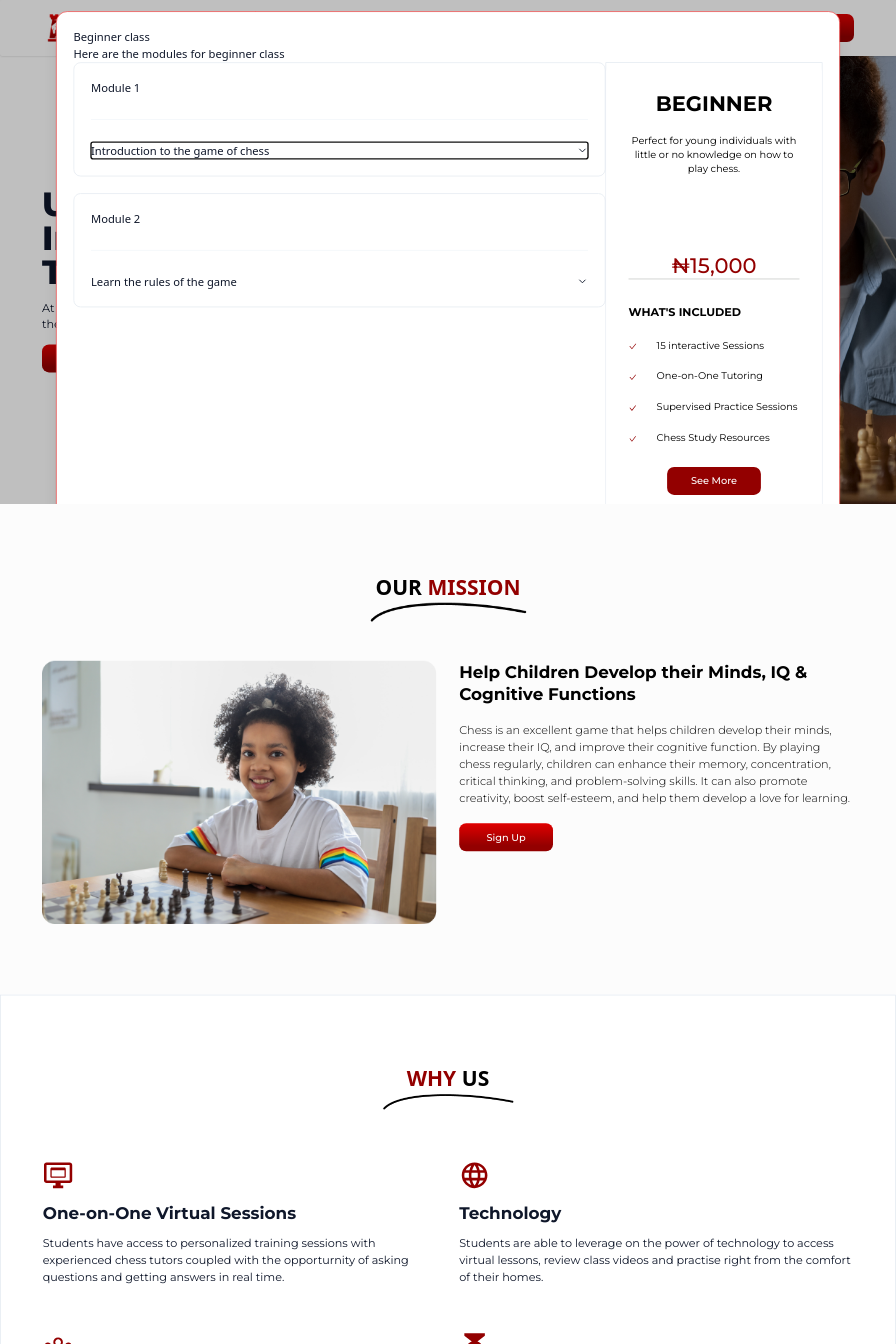
Repository: CelestinaUwajeh/chess-champ-fe
Page: /, after clicking the first element matching `button.w-\[134px\]`
These files come from the project's save history. The page is drawn as it stood at one moment and after the next save; the edit follows.
The browser window is 1280 px wide. The pictures show the part of the page from y = 0 to 1920 px (the page is 4303 px tall), at 70% of full size.
An inner scrolling area shows only its first screen. The project was rebuilt for these pictures with package versions that can differ from the ones it lists, and the page was loaded fresh each time. The framework's server and built-in components were replaced by stand-ins that run in the browser. Also part of the build but not shown: next.config.js, app/(dashboard)/parent/child/[id]/progress/highlight.tsx, app/(dashboard)/parent/child/[id]/progress/attendance.tsx, components/ui/progress.tsx, app/(dashboard)/parent/child/[id]/progress/percentage.tsx, app/(dashboard)/parent/child/[id]/progress/points.tsx, app/(dashboard)/parent/child/[id]/progress/page.tsx.

Above is the page before, as saved 2023-08-09 22:20:35.

After the next save:
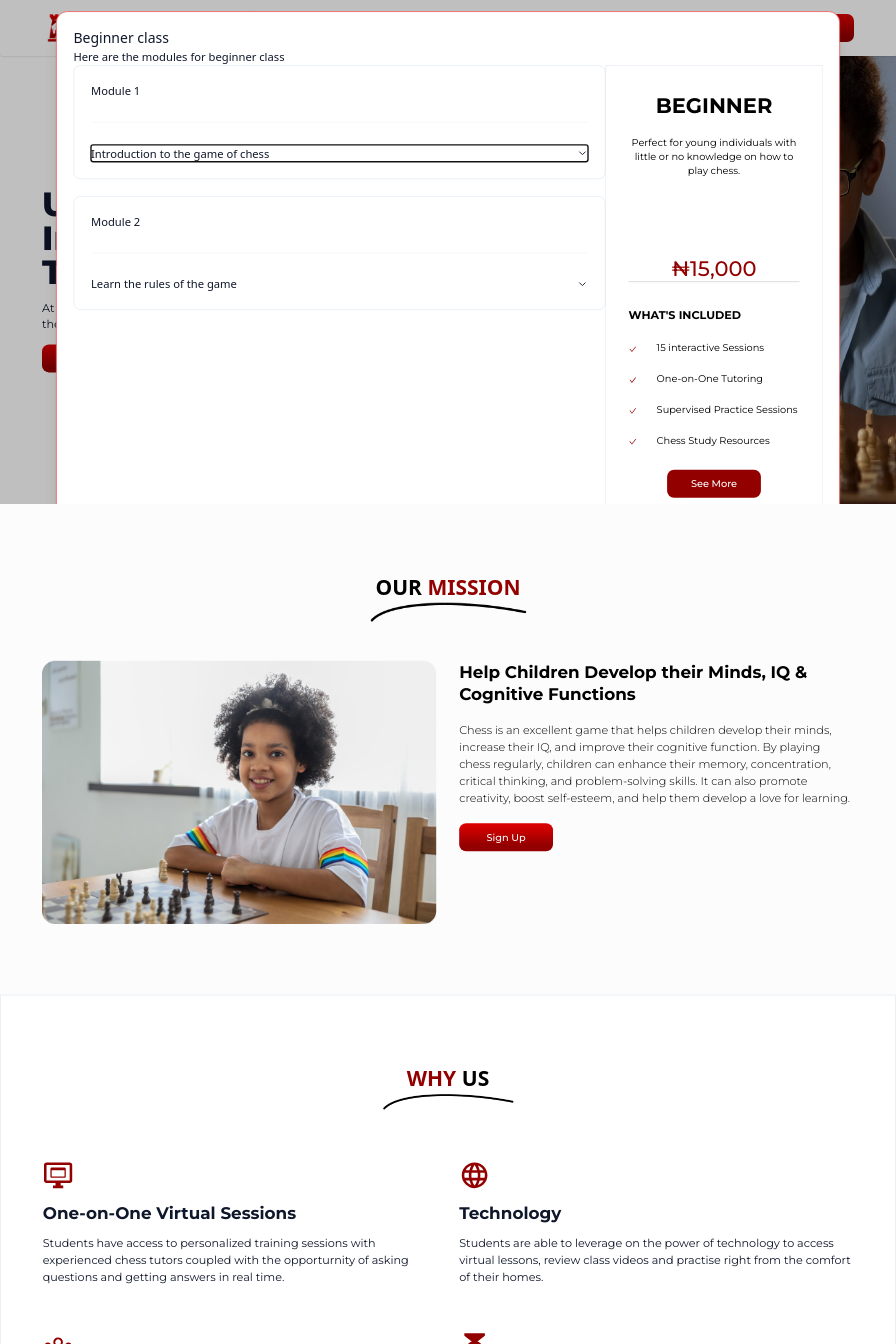
Saved 87 s later.
--- a/components/pricing-card/modal-content.tsx
+++ b/components/pricing-card/modal-content.tsx
@@ -10,7 +10,7 @@ interface PropType {
 const ModalContent = ({ data }: PropType) => {
   return (
     <div className="w-full">
-      <p>Beginner class</p>
+      <p className="text-xl">Beginner class</p>
       <p>Here are the modules for beginner class</p>
       <div className="flex">
         <div className="flex-1">
